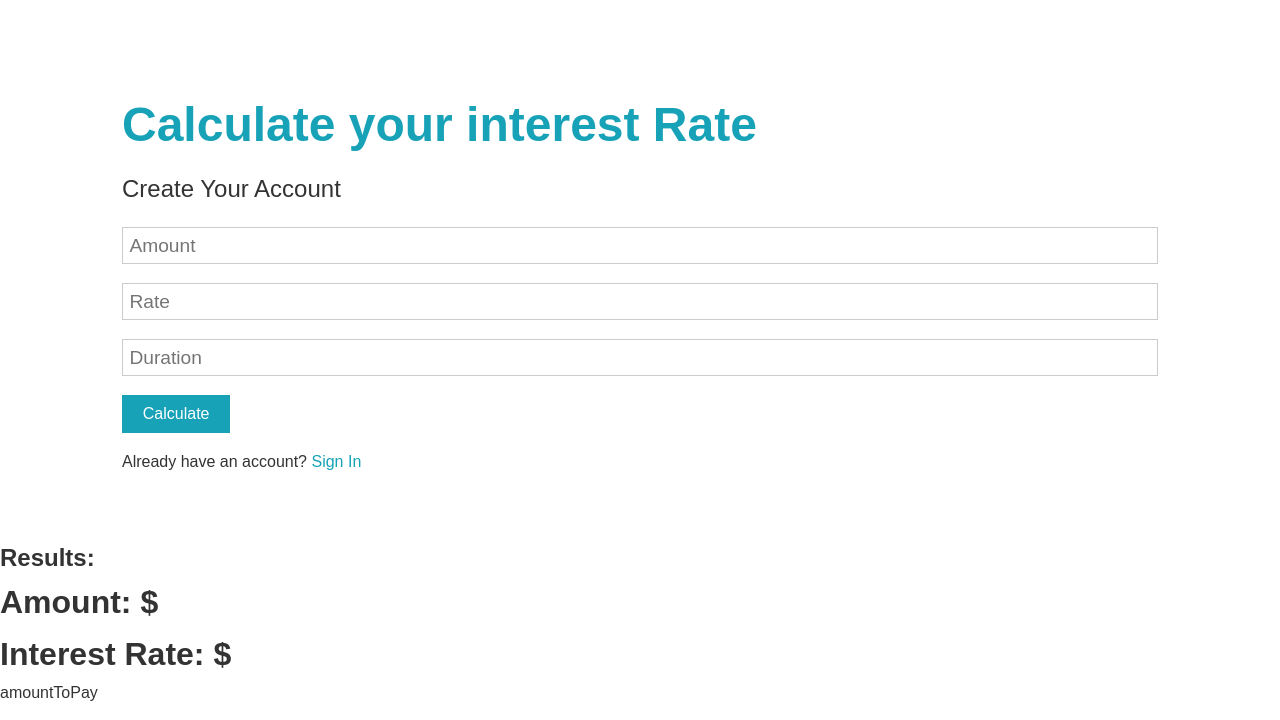
Repository: codding-ideas/loan-calculator
Page: / (app in client/)
The author's editor kept a copy of each file at every save. The page is drawn from the files as they stood at one save, then again after the next save.
The browser window is 1280 px wide. The pictures show the whole page.
The project was rebuilt for these pictures with package versions that can differ from the ones it lists, and the page was loaded fresh each time.

Above is the page before, as saved 2019-07-08 21:45:09.

### client/src/index.js
import React from 'react';
import ReactDOM from 'react-dom';
import { Provider } from 'react-redux';
import { createStore, applyMiddleware } from 'redux';
import reduxThunk from 'redux-thunk';
import { composeWithDevTools} from 'redux-devtools-extension';
import rootReducer from './redux/reducers'
import App from './App';


// const store = createStore(users, composeWithDevTools(applyMiddleware(reduxThunk)) )
const store = createStore(rootReducer, composeWithDevTools(applyMiddleware(reduxThunk)))

ReactDOM.render(
<Provider store = {store}>

  <App />

  </Provider>,
document.getElementById('root'));

### client/src/redux/reducers/index.js
import { combineReducers } from 'redux';
import loanReducer from './loanReducer'


export default combineReducers({
  loan: loanReducer
})

### client/src/App.js
import React, { useState} from 'react';
import Results from '../src/componets/Results';
import CalculateInterestForm from '../src/componets/Forms//CalculateInterestForm'
import './App.css';

function App() {


  return (
    <div>

      <CalculateInterestForm/>

      < Results />
    </div>
  )
}

export default App;

### client/src/redux/reducers/loanReducer.js


const initialState = {
//  amount: [],
//  rate: '',
//  convertedRate: '',
//  duration: '',
//  interestRate: '',
//  amountToPay: ''

 amount:'',
 rate: '',
 duration: '',
 interestRate: '',
 amountToPay: ''

}

export default (state = initialState, action) => {
  switch(action.type){
    case 'CREATE_INTEREST':
     return {
      ...state,
       amount: action.payload.amount,
       rate: parseFloat( action.payload.rate/100).toFixed(3),
       duration: action.payload.duration,
       interestRate: parseFloat((action.payload.amount) * (action.payload.rate/100) * (action.payload.duration)).toFixed(3),


       amountToPay: parseFloat(action.payload.amount + ((action.payload.amount) * (action.payload.rate/100) * (action.payload.duration))).toFixed(3)

     }
     default:
      return state
  }
}

### client/src/componets/Results.js
import React from 'react';
import { connect } from 'react-redux';

const Results = (props) => {
    console.log(props.loan.amount)
    return (
        <div>
            <h2>Results:</h2>
            <h1>Amount: $ {props.loan.amount}</h1>
            <h1>Interest Rate: ${props.loan.interestRate}</h1>
            amountToPay
        </div>
    )
}

const mapStateToProps = (state) => {
     return {
         loan: state.loan
     }
}

export default connect(mapStateToProps, null) (Results)

### client/src/componets/Forms/CalculateInterestForm.js
import React, { useState} from 'react';
import { connect } from 'react-redux';
import { createLoan} from '../../redux/actions/loanAction'

const CalculateInterestForm = (props) => {
  const initialState = {
    amount: "",
    rate: "",
    duration: ""

  };

     const [formData, setFormData ] = useState(initialState)

   //Create on change methods
   //This method update the state values
   const onChange = (e) => {
     setFormData({...formData, [e.target.name]: e.target.value})
   }

  //Onsubmit
  const onFormSubmit = e => {
    e.preventDefault();
    props.createLoan(formData);
  };


  return (
    <div className="App">
        <section className="container">
      <h3 className="large text-primary">Calculate your interest Rate</h3>
      <p className="lead"><i className="fas fa-money"></i> Create Your Account</p>
      <form className="form" onSubmit = {onFormSubmit}>
        <div className="form-group">
          <input type="text" placeholder="Amount" name="amount"   onChange = {onChange}/>
        </div>
        <div className="form-group">
          <input type="text" placeholder="Rate" name="rate" onChange = {e => onChange(e)} />

        </div>
        <div className="form-group">
          <input
            type="text"
            placeholder="Duration"
            name="duration"
            onChange = {onChange}
          />
        </div>

        <input type="submit" className="btn btn-primary" value="Calculate" />
      </form>
      <p className="my-1">
        Already have an account? <a href="login.html">Sign In</a>
      </p>
    </section>
    </div>
  );
}

export default connect(null, {createLoan}) (CalculateInterestForm)

### client/src/App.css
/* Global Styles */
:root {
  --primary-color: #17a2b8;
  --dark-color: #343a40;
  --light-color: #f4f4f4;
  --danger-color: #dc3545;
  --success-color: #28a745;
}

* {
  box-sizing: border-box;
  margin: 0;
  padding: 0;
}

body {
  font-family: 'Raleway', sans-serif;
  font-size: 1rem;
  line-height: 1.6;
  background-color: #fff;
  color: #333;
}

a {
  color: var(--primary-color);
  text-decoration: none;
}

ul {
  list-style: none;
}

img {
  width: 100%;
}

/* Utilities */
.container {
  max-width: 1100px;
  margin: auto;
  overflow: hidden;
  padding: 0 2rem;
  margin-top: 6rem;
  margin-bottom: 3rem;
}

/* Text Styles*/
.x-large {
  font-size: 4rem;
  line-height: 1.2;
  margin-bottom: 1rem;
}

.large {
  font-size: 3rem;
  line-height: 1.2;
  margin-bottom: 1rem;
}

.lead {
  font-size: 1.5rem;
  margin-bottom: 1rem;
}

.text-center {
  text-align: center;
}

.text-primary {
  color: var(--primary-color);
}

.text-dark {
  color: var(--dark-color);
}

/* Padding */
.p {
  padding: 0.5rem;
}

.p-1 {
  padding: 1rem;
}

.p-2 {
  padding: 2rem;
}

.p-3 {
  padding: 3rem;
}

.py {
  padding: 0.5rem 0;
}

.py-1 {
  padding: 1rem 0;
}

.py-2 {
  padding: 2rem 0;
}

.py-3 {
  padding: 3rem 0;
}

/* Margin */
.m {
  margin: 0.5rem;
}

.m-1 {
  margin: 1rem;
}

.m-2 {
  margin: 2rem;
}

.m-3 {
  margin: 3rem;
}

.my {
  margin: 0.5rem 0;
}

.my-1 {
  margin: 1rem 0;
}

.my-2 {
  margin: 2rem 0;
}

.my-3 {
  margin: 3rem 0;
}

.btn {
  display: inline-block;
  background: var(--light-color);
  color: #333;
  padding: 0.4rem 1.3rem;
  font-size: 1rem;
  border: none;
  cursor: pointer;
  margin-right: 0.5rem;
  transition: opacity 0.2s ease-in;
  outline: none;
}

.badge {
  font-size: 0.8rem;
  padding: 0.1rem;
  text-align: center;
  margin: 0.3rem;
  background: var(--light-color);
  color: #333;
}

.alert {
  padding: 0.8rem;
  margin: 1rem 0;
  opacity: 0.9;
  background: var(--light-color);
  color: #333;
}

.btn-primary,
.bg-primary,
.badge-primary,
.alert-primary {
  background: var(--primary-color);
  color: #fff;
}

.btn-light,
.bg-light,
.badge-light,
.alert-light {
  background: var(--light-color);
  color: #333;
}

.btn-dark,
.bg-dark,
.badge-dark,
.alert-dark {
  background: var(--dark-color);
  color: #fff;
}

.btn-danger,
.bg-danger,
.badge-danger,
.alert-danger {
  background: var(--danger-color);
  color: #fff;
}

.btn-success,
.bg-success,
.badge-success,
.alert-success {
  background: var(--success-color);
  color: #fff;
}

.btn-white,
.bg-white,
.badge-white,
.alert-white {
  background: #fff;
  color: #333;
  border: #ccc solid 1px;
}

.btn:hover {
  opacity: 0.8;
}

.bg-light,
.badge-light {
  border: #ccc solid 1px;
}

.round-img {
  border-radius: 50%;
}

.line {
  height: 1px;
  background: #ccc;
  margin: 1.5rem 0;
}

/* Overlay */
.dark-overlay {
  background-color: rgba(0, 0, 0, 0.7);
  position: absolute;
  top: 0;
  left: 0;
  width: 100%;
  height: 100%;
}

/* Forms */
.form .form-group {
  margin: 1.2rem 0;
}

.form .form-text {
  display: block;
  margin-top: 0.3rem;
  color: #888;
}

.form input[type='text'],
.form input[type='email'],
.form input[type='password'],
.form input[type='date'],
.form select,
.form textarea {
  display: block;
  width: 100%;
  padding: 0.4rem;
  font-size: 1.2rem;
  border: 1px solid #ccc;
}

.form input[type='submit'],
button {
  font: inherit;
}

.form .social-input {
  display: flex;
}

.form .social-input i {
  padding: 0.5rem;
  width: 4rem;
}

.form .social-input i.fa-twitter {
  color: #38a1f3;
}

.form .social-input i.fa-facebook {
  color: #3b5998;
}

.form .social-input i.fa-instagram {
  color: #3f729b;
}

.form .social-input i.fa-youtube {
  color: #c4302b;
}

.form .social-input i.fa-linkedin {
  color: #0077b5;
}

.table th,
.table td {
  padding: 1rem;
  text-align: left;
}

.table th {
  background: var(--light-color);
}

/* Navbar */
.navbar {
  display: flex;
  justify-content: space-between;
  align-items: center;
  padding: 0.7rem 2rem;
  position: fixed;
  z-index: 1;
  width: 100%;
  top: 0;
  background: #014e14;
  border-bottom: solid 1px var(--primary-color);
  opacity: 0.9;
}

.navbar ul {
  display: flex;
}

.navbar a {
  color: #fff;
  padding: 0.45rem;
  margin: 0 0.25rem;
}

.navbar a:hover {
  color: var(--primary-color);
}

.navbar .welcome span {
  margin-right: 0.6rem;
}

/* Landing Page */
.landing {
  position: relative;
  background: url('./img/showcase.jpg') no-repeat center center/cover;
  height: 100vh;
}

.landing-inner {
  color: #fff;
  height: 100%;
  width: 80%;
  margin: auto;
  display: flex;
  flex-direction: column;
  align-items: center;
  justify-content: center;
  text-align: center;
}

/* Profiles Page */
.profile {
  display: grid;
  grid-template-columns: 2fr 4fr 2fr;
  align-items: center;
  grid-gap: 2rem;
  padding: 1rem;
  line-height: 1.8;
  margin-bottom: 1rem;
}

/* Profile Page */
.profile-grid {
  display: grid;
  grid-template-areas:
    'top top'
    'about about'
    'exp edu'
    'github github';
  grid-gap: 1rem;
}

.profile-top {
  grid-area: top;
  display: flex;
  flex-direction: column;
  align-items: center;
  justify-content: center;
  text-align: center;
}

.profile-top img {
  width: 250px;
}

.profile-top .icons a {
  color: #fff;
  margin: 0 0.3rem;
}

.profile-top .icons a:hover {
  color: var(--dark-color);
}

.profile-about {
  grid-area: about;
  text-align: center;
}

.profile-about .skills {
  display: flex;
  align-items: center;
  justify-content: center;
  text-align: center;
}

.profile-exp {
  grid-area: exp;
}

.profile-edu {
  grid-area: edu;
}

.profile-exp h2,
.profile-edu h2 {
  margin-bottom: 1rem;
}

.profile-exp>div,
.profile-edu>div {
  margin-bottom: 1rem;
  padding-bottom: 1rem;
  border-bottom: #ccc 1px dotted;
}

.profile-exp>div:last-child,
.profile-edu>div:last-child {
  border: 0;
}

.profile-exp p,
.profile-edu p {
  margin: 0.5rem 0;
}

.profile-github {
  grid-area: github;
}

.profile-github .repo {
  display: flex;
}

.profile-github .repo>div:first-child {
  flex: 7;
  flex-basis: 70%;
}

.profile-github>div:last-child {
  flex: 3;
  flex-basis: 20%;
}

/* Posts Page */
.post-form .post-form-header {
  background: var(--primary-color);
  padding: 0.5rem;
}

.post {
  display: grid;
  grid-template-columns: 1fr 4fr;
  grid-gap: 2rem;
  align-items: center;
}

.post>div:first-child {
  text-align: center;
}

.post img {
  width: 100px;
}

.post .comment-count {
  background: var(--light-color);
  color: var(--primary-color);
  padding: 0.1rem 0.2rem;
  border-radius: 5px;
  font-size: 0.8rem;
}

.post .post-date {
  color: #aaa;
  font-size: 0.8rem;
  margin-bottom: 0.5rem;
}

/* Mobile Styles */
@media (max-width: 700px) {
  .container {
    margin-top: 8rem;
  }

  .hide-sm {
    display: none;
  }

  /* Text Styles */
  .x-large {
    font-size: 3rem;
  }

  .large {
    font-size: 2rem;
  }

  .lead {
    font-size: 1rem;
  }

  /* Navbar */
  .navbar {
    display: block;
    text-align: center;
  }

  .navbar ul {
    text-align: center;
    justify-content: center;
  }

  .navbar h1 {
    margin-bottom: 1rem;
  }

  .navbar .welcome {
    display: none;
  }

  /* Profiles Page */
  .profile {
    grid-template-columns: 1fr;
    text-align: center;
  }

  .profile ul {
    display: none;
  }

  /* Profile Page */

  .profile-top img,
  .profile img {
    width: 200px;
    margin: auto;
  }

  .profile-grid {
    grid-template-areas:
      'top'
      'about'
      'exp'
      'edu'
      'github';
  }

  .profile-about .skills {
    flex-direction: column;
  }

  .dash-buttons a {
    display: block;
    width: 100%;
    margin-bottom: 0.2rem;
  }

  .post {
    grid-template-columns: 1fr;
  }

  .post a,
  .post button {
    padding: 0.3rem 0.4rem;
  }
}

### client/src/redux/actions/loanAction.js
import axios from 'axios';

export const createLoan = (values) => {
   return function(dispatch){
     axios.post('/api/loan', values)
     .then((loan) => {
      dispatch({
       type: 'CREATE_INTEREST',
       payload: loan.data
      })
     })
   }

}

After the next save:
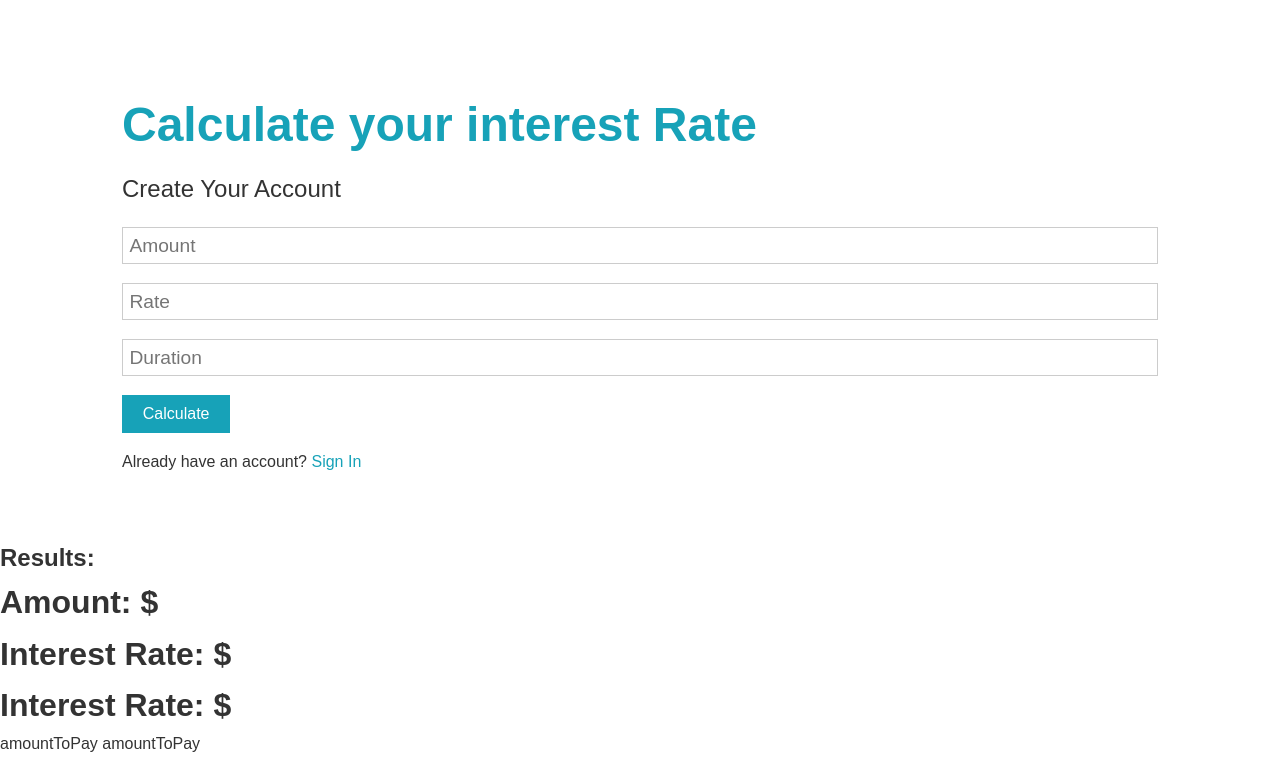
Saved 6 s later.
--- a/client/src/componets/Results.js
+++ b/client/src/componets/Results.js
@@ -8,6 +8,8 @@ const Results = (props) => {
             <h2>Results:</h2>
             <h1>Amount: $ {props.loan.amount}</h1>
             <h1>Interest Rate: ${props.loan.interestRate}</h1>
+            <h1>Interest Rate: ${props.loan.interestRate}</h1>
+            amountToPay
             amountToPay
         </div>
     )
